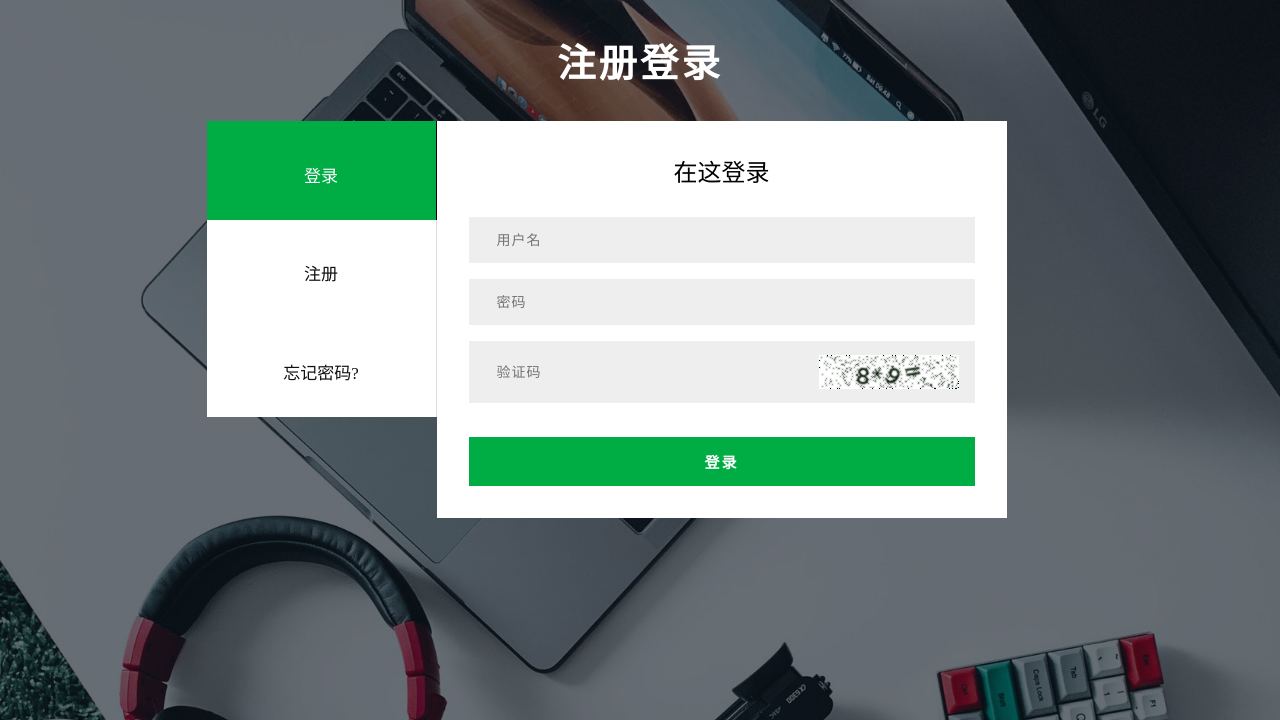
Repository: ljfzd6/showself
Page: /#/login
An editor plug-in stored every save of this project. The page is shown before and after the next save, followed by the edit.
The browser window is 1280 px wide. The pictures show the whole page.
The project was rebuilt for these pictures with package versions that can differ from the ones it lists, and the page was loaded fresh each time. Also part of the build but not shown: vue.config.js, src/components/main-page.vue, src/views/hometext-page.vue, src/components/workplace-page.vue, src/views/showtemplate-page.vue, src/views/user-imformation-page.vue.

Above is the page before, as saved 2023-06-03 14:20:50.

After the next save:
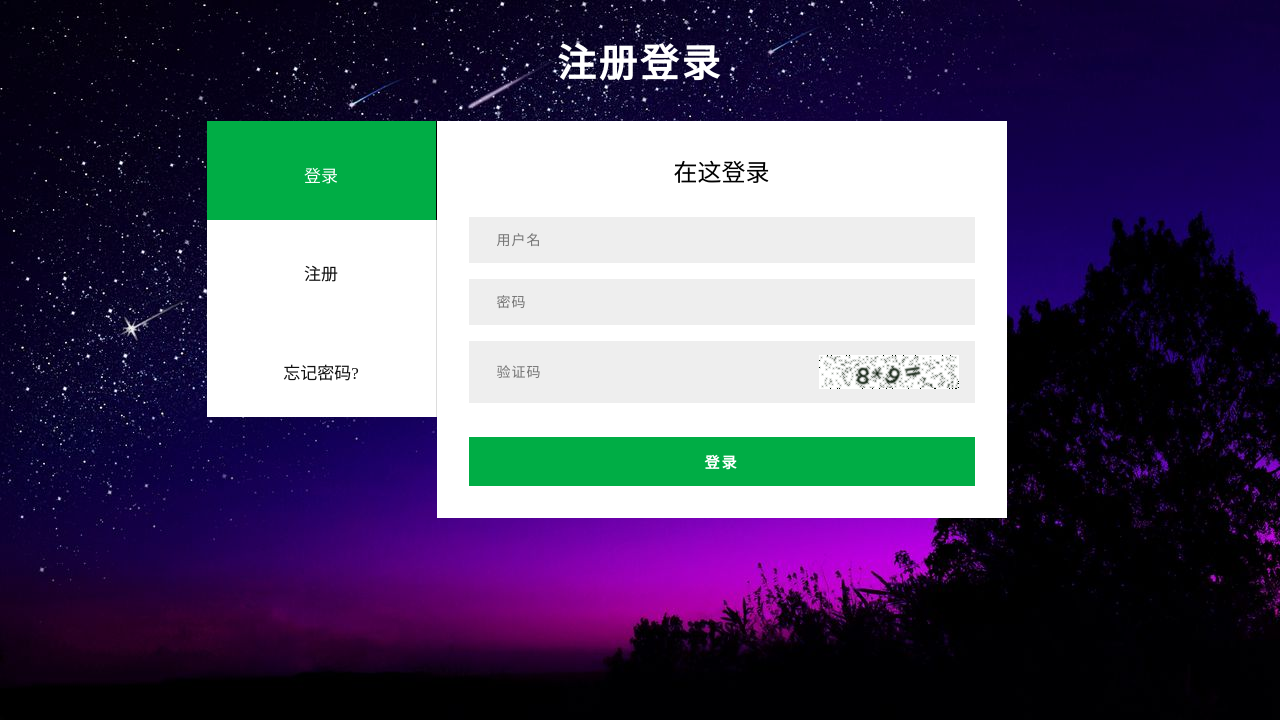
Saved 25 h 43 min later.
--- a/src/components/loginregister-page.vue
+++ b/src/components/loginregister-page.vue
@@ -315,7 +315,7 @@ body {
 }
 
 .main-bg {
-    background: url(../assets/b4.jpg) no-repeat center;
+    background: url(../assets/background.jpg) no-repeat center;
     background-size: cover;
     -webkit-background-size: cover;
     -moz-background-size: cover;
